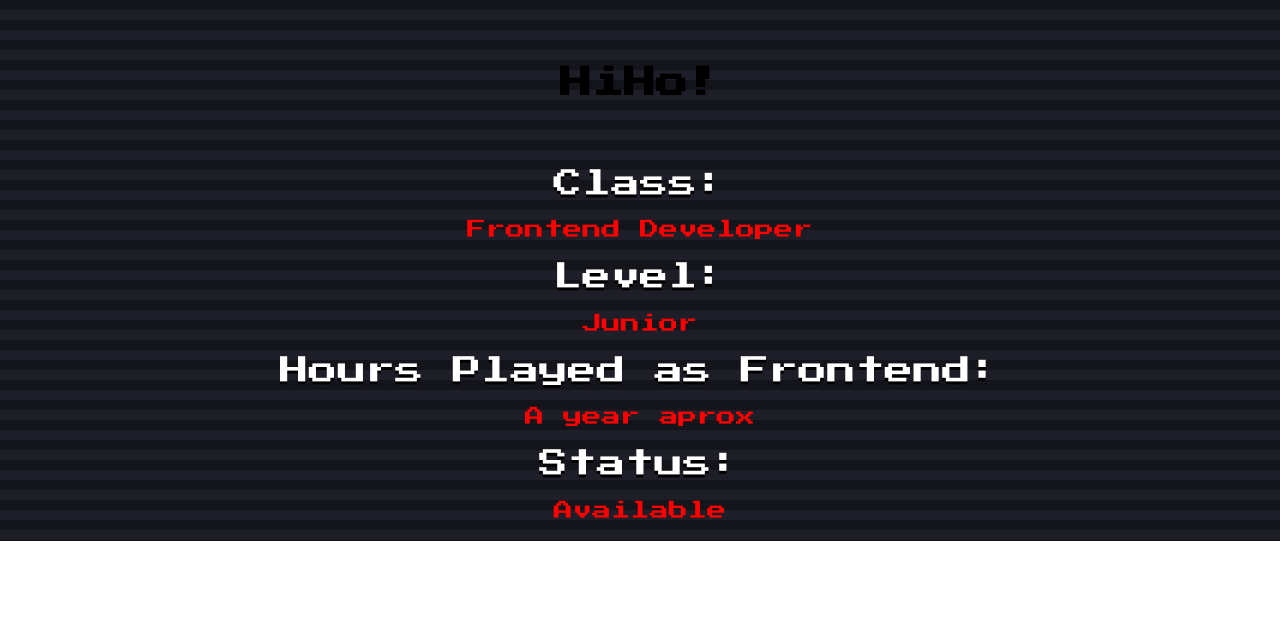
Repository: sernalab/soon
Page: index.html
An editor plug-in stored every save of this project. The page is shown before and after the next save, followed by the edit.
The browser window is 1280 px wide. The pictures show the whole page.
Some web fonts or font styles are not loaded; a fallback is used.

Above is the page before, as saved 2018-12-27 00:27:31.

### index.html
<!DOCTYPE html>
<html lang="en">

<head>
    <meta charset="UTF-8">
    <meta name="viewport" content="width=device-width, initial-scale=1.0">
    <meta http-equiv="X-UA-Compatible" content="ie=edge">
    <title>Lulz</title>
    <link rel="stylesheet" href="css/styles.css">
    <link href="https://fonts.googleapis.com/css?family=Aldrich" rel="stylesheet">
    <link href="https://fonts.googleapis.com/css?family=Press+Start+2P" rel="stylesheet">

</head>

<body>
    <main>
        <h1>HiHo!</h1>
        <span>Class:</span>
        <p> Frontend Developer</p>
        <span>Level:</span>
        <p>Junior</p>
        <span>Hours Played as Frontend:</span>
        <p>A year aprox</p>
        <span>Status:</span>
        <p>Available</p>
        <!-- 14151b 1d1e27-->
    </main>
</body>

<script>
    // google analitycs
</script>

</html>

### css/styles.css
/*! normalize.css v8.0.1 | MIT License | github.com/necolas/normalize.css */


/* Document
   ========================================================================== */


/**
 * 1. Correct the line height in all browsers.
 * 2. Prevent adjustments of font size after orientation changes in iOS.
 */

html {
    line-height: 1.15;
    /* 1 */
    -webkit-text-size-adjust: 100%;
    /* 2 */
}


/* Sections
   ========================================================================== */


/**
 * Remove the margin in all browsers.
 */

body {
    margin: 0;
}


/**
 * Render the `main` element consistently in IE.
 */

main {
    display: block;
}


/**
 * Correct the font size and margin on `h1` elements within `section` and
 * `article` contexts in Chrome, Firefox, and Safari.
 */

h1 {
    font-size: 2em;
    margin: 0.67em 0;
}


/* Grouping content
   ========================================================================== */


/**
 * 1. Add the correct box sizing in Firefox.
 * 2. Show the overflow in Edge and IE.
 */

hr {
    box-sizing: content-box;
    /* 1 */
    height: 0;
    /* 1 */
    overflow: visible;
    /* 2 */
}


/**
 * 1. Correct the inheritance and scaling of font size in all browsers.
 * 2. Correct the odd `em` font sizing in all browsers.
 */

pre {
    font-family: monospace, monospace;
    /* 1 */
    font-size: 1em;
    /* 2 */
}


/* Text-level semantics
   ========================================================================== */


/**
 * Remove the gray background on active links in IE 10.
 */

a {
    background-color: transparent;
}


/**
 * 1. Remove the bottom border in Chrome 57-
 * 2. Add the correct text decoration in Chrome, Edge, IE, Opera, and Safari.
 */

abbr[title] {
    border-bottom: none;
    /* 1 */
    text-decoration: underline;
    /* 2 */
    text-decoration: underline dotted;
    /* 2 */
}


/**
 * Add the correct font weight in Chrome, Edge, and Safari.
 */

b,
strong {
    font-weight: bolder;
}


/**
 * 1. Correct the inheritance and scaling of font size in all browsers.
 * 2. Correct the odd `em` font sizing in all browsers.
 */

code,
kbd,
samp {
    font-family: monospace, monospace;
    /* 1 */
    font-size: 1em;
    /* 2 */
}


/**
 * Add the correct font size in all browsers.
 */

small {
    font-size: 80%;
}


/**
 * Prevent `sub` and `sup` elements from affecting the line height in
 * all browsers.
 */

sub,
sup {
    font-size: 75%;
    line-height: 0;
    position: relative;
    vertical-align: baseline;
}

sub {
    bottom: -0.25em;
}

sup {
    top: -0.5em;
}


/* Embedded content
   ========================================================================== */


/**
 * Remove the border on images inside links in IE 10.
 */

img {
    border-style: none;
}


/* Forms
   ========================================================================== */


/**
 * 1. Change the font styles in all browsers.
 * 2. Remove the margin in Firefox and Safari.
 */

button,
input,
optgroup,
select,
textarea {
    font-family: inherit;
    /* 1 */
    font-size: 100%;
    /* 1 */
    line-height: 1.15;
    /* 1 */
    margin: 0;
    /* 2 */
}


/**
 * Show the overflow in IE.
 * 1. Show the overflow in Edge.
 */

button,
input {
    /* 1 */
    overflow: visible;
}


/**
 * Remove the inheritance of text transform in Edge, Firefox, and IE.
 * 1. Remove the inheritance of text transform in Firefox.
 */

button,
select {
    /* 1 */
    text-transform: none;
}


/**
 * Correct the inability to style clickable types in iOS and Safari.
 */

button,
[type="button"],
[type="reset"],
[type="submit"] {
    -webkit-appearance: button;
}


/**
 * Remove the inner border and padding in Firefox.
 */

button::-moz-focus-inner,
[type="button"]::-moz-focus-inner,
[type="reset"]::-moz-focus-inner,
[type="submit"]::-moz-focus-inner {
    border-style: none;
    padding: 0;
}


/**
 * Restore the focus styles unset by the previous rule.
 */

button:-moz-focusring,
[type="button"]:-moz-focusring,
[type="reset"]:-moz-focusring,
[type="submit"]:-moz-focusring {
    outline: 1px dotted ButtonText;
}


/**
 * Correct the padding in Firefox.
 */

fieldset {
    padding: 0.35em 0.75em 0.625em;
}


/**
 * 1. Correct the text wrapping in Edge and IE.
 * 2. Correct the color inheritance from `fieldset` elements in IE.
 * 3. Remove the padding so developers are not caught out when they zero out
 *    `fieldset` elements in all browsers.
 */

legend {
    box-sizing: border-box;
    /* 1 */
    color: inherit;
    /* 2 */
    display: table;
    /* 1 */
    max-width: 100%;
    /* 1 */
    padding: 0;
    /* 3 */
    white-space: normal;
    /* 1 */
}


/**
 * Add the correct vertical alignment in Chrome, Firefox, and Opera.
 */

progress {
    vertical-align: baseline;
}


/**
 * Remove the default vertical scrollbar in IE 10+.
 */

textarea {
    overflow: auto;
}


/**
 * 1. Add the correct box sizing in IE 10.
 * 2. Remove the padding in IE 10.
 */

[type="checkbox"],
[type="radio"] {
    box-sizing: border-box;
    /* 1 */
    padding: 0;
    /* 2 */
}


/**
 * Correct the cursor style of increment and decrement buttons in Chrome.
 */

[type="number"]::-webkit-inner-spin-button,
[type="number"]::-webkit-outer-spin-button {
    height: auto;
}


/**
 * 1. Correct the odd appearance in Chrome and Safari.
 * 2. Correct the outline style in Safari.
 */

[type="search"] {
    -webkit-appearance: textfield;
    /* 1 */
    outline-offset: -2px;
    /* 2 */
}


/**
 * Remove the inner padding in Chrome and Safari on macOS.
 */

[type="search"]::-webkit-search-decoration {
    -webkit-appearance: none;
}


/**
 * 1. Correct the inability to style clickable types in iOS and Safari.
 * 2. Change font properties to `inherit` in Safari.
 */

::-webkit-file-upload-button {
    -webkit-appearance: button;
    /* 1 */
    font: inherit;
    /* 2 */
}


/* Interactive
   ========================================================================== */


/*
 * Add the correct display in Edge, IE 10+, and Firefox.
 */

details {
    display: block;
}


/*
 * Add the correct display in all browsers.
 */

summary {
    display: list-item;
}


/* Misc
   ========================================================================== */


/**
 * Add the correct display in IE 10+.
 */

template {
    display: none;
}


/**
 * Add the correct display in IE 10.
 */

[hidden] {
    display: none;
}


/* custom css */

body {
    font-family: 'Press Start 2P';
    background: repeating-linear-gradient( #14151b, #14151b 10px, #1d1e27 10px, #1d1e27 20px);
    background-repeat: no-repeat;
    height: -webkit-fill-available;
}

main {
    display: flex;
    flex-direction: column;
    align-items: center;
}

h1 {
    font-size: 2em;
    margin: 65px 0;
}

span {
    color: white;
    font-size: 1.8em;
    text-shadow: 0 .1em 0 #000;
}

p {
    font-size: 1.2em;
    color: red;
}

After the next save:
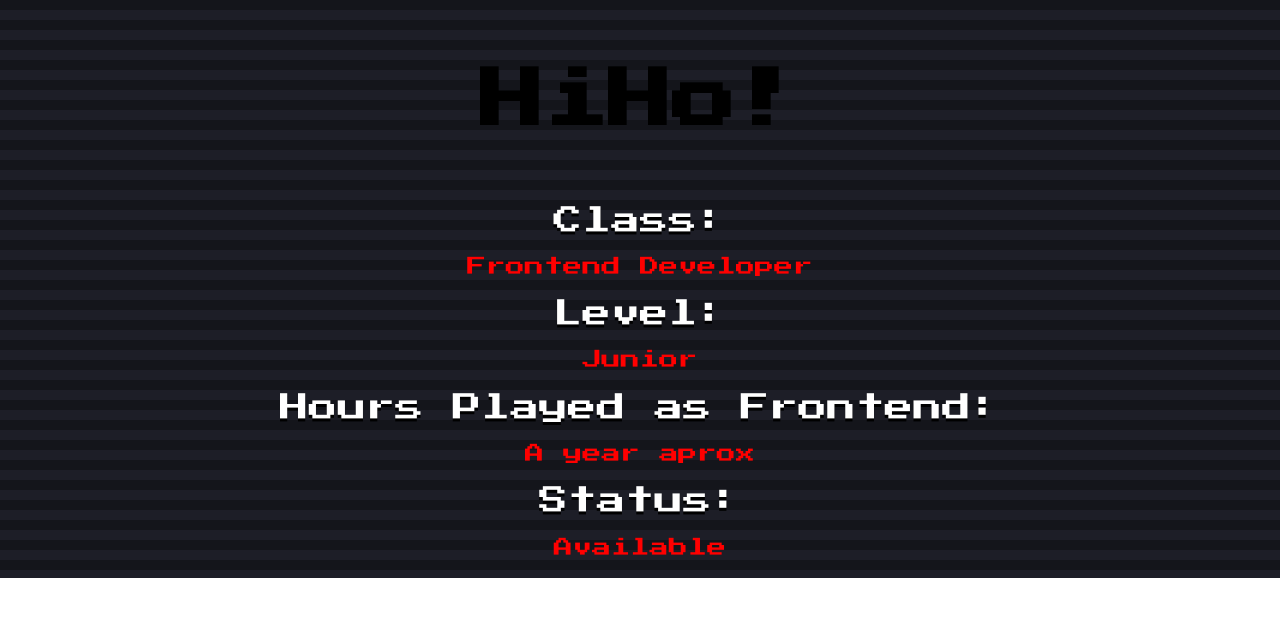
Saved 9 s later.
--- a/css/styles.css
+++ b/css/styles.css
@@ -435,7 +435,7 @@ main {
 }
 
 h1 {
-    font-size: 2em;
+    font-size: 4em;
     margin: 65px 0;
 }
 
